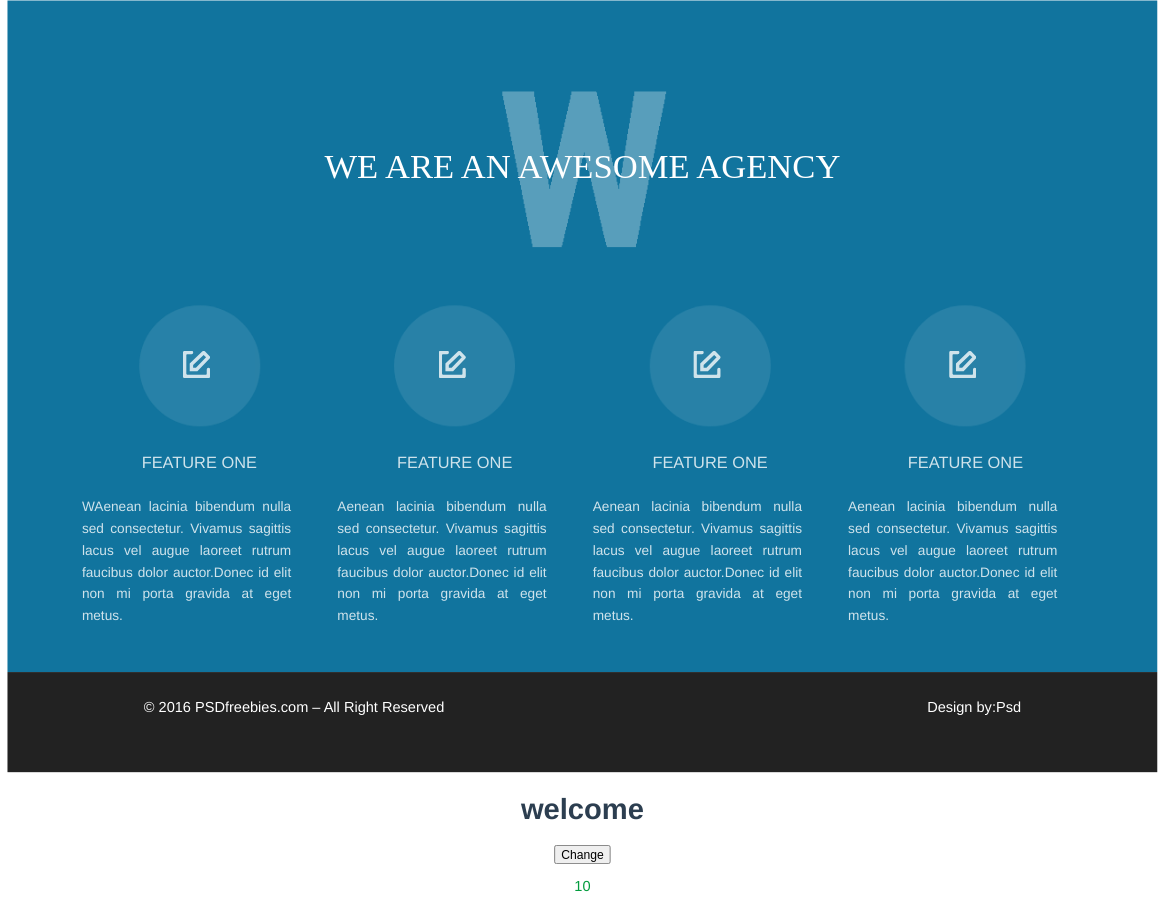
Repository: joker506/Creatives
Page: /
The author's editor kept a copy of each file at every save. The page is drawn from the files as they stood at one save, then again after the next save.
The browser window is 1280 px wide. The pictures show the part of the page from y = 839 to 1969 px (the page is 1846 px tall before and 2728 px after), at 91% of full size.
Pictures or frames that could not be fetched are drawn as grey boxes. The project was rebuilt for these pictures with package versions that can differ from the ones it lists, and the page was loaded fresh each time.

Above is the page before, as saved 2020-04-05 22:51:13.

### public/index.html
<!DOCTYPE html>
<html lang="ru">

<head>
    <meta charset="utf-8">
    <meta http-equiv="X-UA-Compatible" content="IE=edge">
    <meta name="viewport" content="width=device-width,initial-scale=1.0">
    <link rel="icon" href="<%= BASE_URL %>favicon.ico">
    <title>
        <%= htmlWebpackPlugin.options.title %>
    </title>
</head>

<body>
    <noscript>
      <strong>We're sorry but <%= htmlWebpackPlugin.options.title %> doesn't work properly without JavaScript enabled. Please enable it to continue.</strong>
    </noscript>
    <div id="app"></div>
    <!-- built files will be auto injected -->
</body>

</html>

### src/App.vue
<template>
  <div id="app">
<HeaderApp />
<AdvantagesApp />
<TeamApp />
<FooterApp />

    <HelloWorld
    @clicks="clickUp($event)"
       :msg=msg
       :counter=counter />
  </div>
</template>

<script>
import HelloWorld from './components/HelloWorld.vue'
import HeaderApp from './components/HeaderApp.vue'
import AdvantagesApp from './components/AdvantagesApp.vue'
import TeamApp from './components/TeamApp.vue'
import FooterApp from './components/FooterApp.vue'

export default {
  name: 'App',
  data(){

    return{
    msg:"welcome",
    counter:10,


    }

  },
  components: {
    HelloWorld,
    AdvantagesApp,
    HeaderApp,
    TeamApp,
    FooterApp
  },
  methods:{
    clickUp(event){
      console.log("click")
      this.counter=event
    }
  }
}
</script>

<style>
#app {
  font-family: Avenir, Helvetica, Arial, sans-serif;
  -webkit-font-smoothing: antialiased;
  -moz-osx-font-smoothing: grayscale;
  text-align: center;
  color: #2c3e50;
  overflow: hidden;

}
</style>

### src/components/HelloWorld.vue
<template>
  <div class="hello">
    <h1>{{ msg }} </h1>
   <button @click="clickDown">Change</button>
   <p>{{counter}}</p>

  </div>
</template>

<script>
export default {
  name: 'HelloWorld',

  props: {
    msg: String,
    counter:Number

  },
  methods:{
    clickDown(){
      console.log("Your Click!")
      this.$emit("clicks",this.counter+1)

    }
  }
}
</script>

<style scoped>
h3 {
  margin: 40px 0 0;
}
ul {
  list-style-type: none;
  padding: 0;
}
li {
  display: inline-block;
  margin: 0 10px;
}
a {
  color: #42b983;
}
p{
  color:rgb(3, 156, 62);
}
</style>

### src/components/HeaderApp.vue
<template>

<header class="header">

<div class="header__top">
<a class="logo" href="#" >
    <img src="@/assets/Logo1.png" alt="logo">
</a>
<nav class="main-nav">
    <ul class="main-nav__items">
        <li class="item" v-for="item in items" :key="item" >
            <a href="#">{{item}}</a> </li>
    </ul>
</nav>
<div class="social">
    <ul class="social__items">
        <li class="social__item social__item--fb">
            <a class="social__link" href="#"></a></li>
        <li class="social__item social__item--insta">
            <a class="social__link" href="#"></a></li>
        <li class="social__item social__item--teleg">
            <a class="social__link" href="#"></a></li>
        <li class="social__item social__item--vk">
            <a class="social__link" href="#"></a></li>
    </ul>
</div>
</div>
<div class="header__main">
<h1 class="header__title" >Creatives</h1>
<p class="text"><a href="Power by PSDfreebies.com"> Power by PSDfreebies.com</a></p>

<span class="btn__main">
    <a @click="scrollDown" class="btn__main-link" href="#team">scroll down</a>
</span>
</div>
</header>
</template>

<script>

export default {
    name:'HeaderApp',
    data(){
        return{
            items:[
        'Home',
        'Pages',
        'Features',
        'Extensions',
        'Tutorials',
        'Contact us'
        ]
          }
          },
    methods:{
        scrollDown(){
        console.log("scroll")
        }

      },
    directives:{
        font:{
            bind(el){
            el.style.fontSize='50px'
            }
        },
        color:{
            bind(el){
                el.style.color='#ffffff'
            }
        }
    }


}
</script>

<style lang="scss">
.header{
    margin: 0;
    padding: 0;
    max-width: 1600px;
    padding-top: 20px;
    font-size: 18px;
    background-image: url("~@/assets/Layer96.jpg");
    background-repeat: no-repeat;
    background-position: 0 0;
    background-size: cover;
}

.header__top{
    padding-right: 15px;
    padding-left: 15px;
    display: flex;
    justify-content: space-between;
    height: 90px;
    border-bottom: 3px solid hsla(0, 0%, 47%, 0.5);
}
.wrapper{
    width: 1200px;
}
.logo {
    list-style: none;
    cursor: pointer;
    color: #000000 ;
    &>img{
    width:79px;
    height:75px;
    }
}

.main-nav{
margin-left: 220px;
margin-right: 40px;
//border: 1px solid greenyellow;
}
.main-nav__items{
padding: 0;
margin: 0;
display: flex;
justify-content: space-between;
width: 700px;
height: 85px;
}
.item{
    width: 100px;
    height: 83px;
    list-style: none;
    font-family: "Myriad Pro";
    font-size: 20px;
    font-weight: 400;
    color: #ffffff;
    &:hover{
        border-bottom: 6px solid #11749e;
    }
    &>a{
        display: block;
        padding-top: 30px;
        height: 50px;
        text-decoration: none;
        color: #868686;
   /*  &:hover{
        color: blue;
    } */

    }
}
.social{
width: 141px;
}
.social__items{
    margin: 0;
    padding: 0;
    display: flex;
    justify-content: space-between;
    list-style: none;
}

.social__item{
    width: 20px;
    height: 20px;
    margin-top: 30px;
    position: relative;
    &--fb{
        background-image: url("~@/assets/facebook.svg");
        &:hover{
        background-image: url("~@/assets/fb-active.svg");
        }
    }
     &--insta{
        background-image: url("~@/assets/instagram.svg");
    }
     &--teleg{
        background-image: url("~@/assets/telegram.svg");
    }
     &--vk{
        background-image: url("~@/assets/vk.svg");
    }
    &::before{
        content: '';
        position: absolute;
        width: 30px;
        height: 30px;
         background-position: 0 0;
        background-repeat: no-repeat;
}
}


.social__link{
    display: block;
    padding-top: 30px;
    height: 50px;
    color: #868686;
    text-decoration: none;
}
/*
.header__main{
    height: 766px;
} */

.header__title{
    margin: 0 auto;
    margin-top: 130px;
    font-family: Gotham;
    font-size: 153px;
    font-weight: 700;
    text-transform: uppercase;
    letter-spacing: -1.92px;
}

.text{
margin: 0 auto;
margin-top: 30px;
color: #11749e;
font-family: Gotham;
font-size: 25px;
font-weight: 500;
line-height: 51.19px;
text-transform: uppercase;
letter-spacing: 7.88px;
}
.text>a{
    text-decoration: none;
    color: bisque;
}
.btn__main{
    display: block;
    margin-top: 115px;
    padding-bottom: 115px;
    position: relative;

}
.btn__main-link{
    color:beige;
    cursor: pointer;
    font-weight: 500;
    line-height: 22px;
    text-transform: capitalize;
        &::after{
        content: '';
        display: block;
        left: 50%;
        margin: auto;
        margin-top: 15px;
        width: 65px;
        height: 65px;
        background-image: url("~@/assets/chevron.svg");
        background-repeat: no-repeat;
        background-position: 0 0;
        background-size: cover;
        }
        &:hover{
color: #11749e;
}
}



</style>

### src/components/AdvantagesApp.vue
<template >
<section class="advantages" >
    <div class="wrap">
<h2 class="advantages__title">
    We Are An Awesome Agency
</h2>
    </div>
    <div class="advantages-block">
<div class="block__first">
   <div><img src="~@/assets/Ellipse1.png" alt="ellipse"></div>
    <h3 class="block__title">Feature One</h3>
    <p class="block__text">WAenean lacinia bibendum nulla sed consectetur. Vivamus sagittis lacus vel augue laoreet rutrum faucibus dolor auctor.Donec id elit non mi porta gravida at eget metus.
</p>
</div>
<div class="block__first">
    <div><img src="~@/assets/Ellipse1.png" alt="ellipse"></div>
    <h3 class="block__title">Feature One</h3>
     <p class="block__text">Aenean lacinia bibendum nulla sed consectetur. Vivamus sagittis lacus vel augue laoreet rutrum faucibus dolor auctor.Donec id elit non mi porta gravida at eget metus.
</p>
</div>
<div class="block__first">
    <div><img src="~@/assets/Ellipse1.png" alt="ellipse"></div>
    <h3 class="block__title">Feature One</h3>
     <p class="block__text">Aenean lacinia bibendum nulla sed consectetur. Vivamus sagittis lacus vel augue laoreet rutrum faucibus dolor auctor.Donec id elit non mi porta gravida at eget metus.
</p>
</div>
<div class="block__first">
    <div><img src="~@/assets/Ellipse1.png" alt="ellipse"></div>
    <h3 class="block__title">Feature One</h3>
    <p class="block__text">Aenean lacinia bibendum nulla sed consectetur. Vivamus sagittis lacus vel augue laoreet rutrum faucibus dolor auctor.Donec id elit non mi porta gravida at eget metus.
</p>
</div>
</div>

</section>
</template>

<script>
export default {
    name:'AdvantagesApp',

}
</script>

<style lang="scss">

.advantages{
max-width: 1600px;
height: 738px;
background-color: #11749e;
}
.wrap{
    margin: 0;
}
.advantages-logo{
margin-top: 108px;
    opacity: 0.3 ;
}

.advantages__title{
    margin: 0;
padding-top: 170px;
margin-bottom: 140px;
color: #ffffff;
font-family: Gotham;
font-size: 38px;
font-weight: 500;
line-height: 25px;
text-transform: uppercase;
position: relative;
&::before{
    content: '';
    position: absolute;
    top: 100px;
    left: 43%;
    width: 180px;
    height: 180px;
    opacity: 0.3;
    background-image: url("~@/assets/W.png");
    background-size: contain;
    background-repeat: no-repeat;
    background-position: 0 0;
}
}
.advantages-block{
    width: 1100px;
    margin: 0 auto;
    display: flex;
    justify-content: space-between;
}
.block__first{
    width: 258px;

    color: #ffffff;
    opacity: 0.8;


}
.block__first>div{
    opacity: 1;
    position: relative;
      &::before{
    content: '';
    position: absolute;
    top: 50px;
    left: 111px;
    width: 30px;
    height: 30px;
    background-image: url("~@/assets/Write.svg");
    background-position: 0 0;
    background-repeat: no-repeat;
    background-size: contain;
}
    }


.block__title{
    font-size: 18px;
font-weight: 500;
line-height: 36px;
text-transform: uppercase;

}
.block__text{
    width: 230px;
text-align: justify;    ;
font-size: 15px;
font-weight: 400;
line-height: 24px;
}
</style>

### src/components/TeamApp.vue
<template>
<section class="team" id="team">
<div class="wrap">
<h2 class="team__title">Our Team</h2>
<p class="team__text">sales long tail influencer pitch release niche market.</p>
</div>

<div class="team-block">

<div v-for="staff in staffs" :key="staff.id" class="staff__first" >
    <img :src="require(+staff.img)" alt="">
    <div class="staff-wrap">
    <h3 class="staff__title">{{staff.name}}</h3>
    <span class="staff__prof">{{staff.proff}}</span>
    </div>
</div>

    </div>

    </section>
</template>

<script>
export default {
    name:'TeamApp',
    data(){
        return{
            staffs:[
                {
                    id:1,
                    name:"JOHN SNOW",
                    proff:"CEO",
                    img:'/Layer81.png'
                },
                {
                    id:2,
                    name:"LADY SANSA",
                    proff:"WebDesigner",
                    img:'/Layer82.png'
                },
                {
                    id:3,
                    name:"JOHN MMAc",
                    proff:"Pgotographer",
                    img:'/assets/Layer83.png'
                },
                {
                    id:4,
                    name:"LADY SIMPS",
                    proff:"Pgotographer",
                    img:'/assets/Layer84.png'
                }
            ]
        }
    }
}
</script>

<style lang="scss">
.team{
    margin: 0;
    padding: 0;
    max-width: 1600px;
padding-bottom: 10px;
background-color: #f3f0f0;
}
.team__title{
margin: 0;
padding: 0;
padding-top: 140px;
font-size: 38px;
font-weight: 500;
line-height: 45px;
text-transform: uppercase;
position: relative;
&::before{
    content: '';
    position: absolute;
    top: 70px;
    left: 45%;
    width: 120px;
    height: 180px;
    background-image: url('~@/assets/T.png');
    background-position: 0 0;
    background-repeat: no-repeat;
    background-size: contain;
}
}
.team__text{
    margin-top: 140px;
    color: #222222;
font-family: "Gotham - Book";
font-size: 30px;
font-weight: 400;
line-height: 37px;
}
.team-block{
    margin-top: 70px;
    width: 1200px;
    margin: 0 auto;
    display: flex;
    justify-content: space-between;

}
.staff__first {
    width: 270px;
    height: 480px;
    position: relative;
}
.staff__first>img{
    width: 270px;
    height: 470px;
}
.staff-wrap{
    position: absolute;
    top: 360px;
    left: 25px;
    width: 216px;
    height: 117px;
    background-color: #ffffff;
    &:hover{
        border: 1px solid rgb(245, 243, 243);
        box-shadow: 0px 0px 10px 5px rgb(225, 229, 233);
    }
    }
.staff__title{
    color: #11749e;
font-family: Gotham;
font-size: 20px;
font-weight: 500;
line-height: 24px;
text-transform: uppercase;
}

.staff__prof{
    font-family: Gotham;
    font-size: 15px;
    font-weight: 600;
    line-height: 24px;
}
</style>

### src/components/FooterApp.vue
<template>
<footer class="footer">
    <div class="copyright">© 2016 PSDfreebies.com – All Right Reserved</div>
    <div class="design">
        <p>Design by:Psd</p>
    </div>
</footer>
</template>

<script>
export default {
    name:'FooterApp'
}
</script>>
<style lang="scss">
.footer{
    max-width: 1600px;
    height: 110px;
    background-color: #222222;
    padding-right: 150px;
    padding-left: 150px;
    display: flex;
    justify-content: space-between;
}
.copyright,
.design{
    color: #ffffff;
    padding-top: 30px;
}
.design>p{
    margin: 0;
}
</style>

Loaded but not shown: src/main.js (common file)

After the next save:
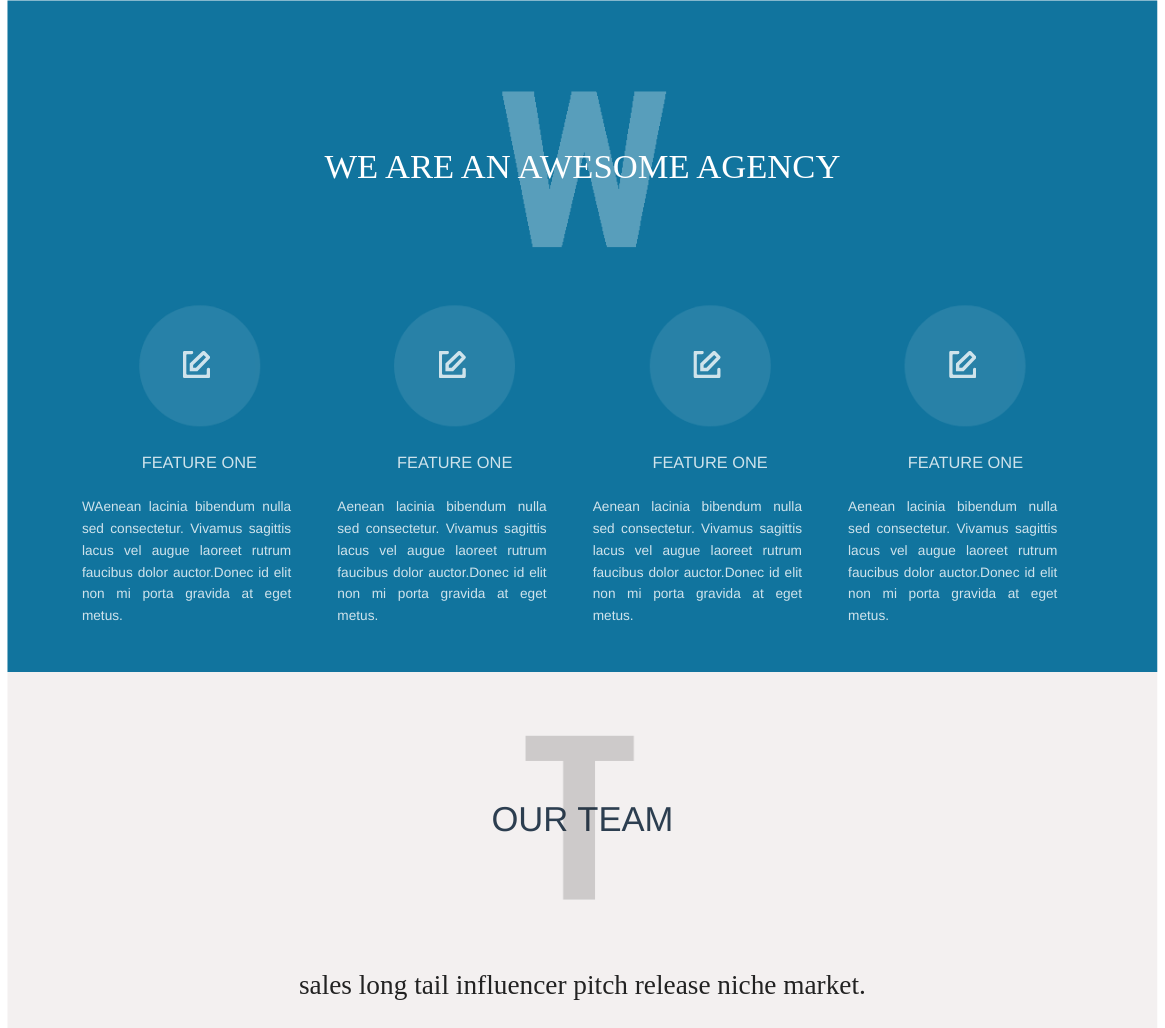
Saved 27 s later.
--- a/src/components/TeamApp.vue
+++ b/src/components/TeamApp.vue
@@ -8,7 +8,7 @@
 <div class="team-block">
 
 <div v-for="staff in staffs" :key="staff.id" class="staff__first" >
-    <img :src="require(+staff.img)" alt="">
+    <img :src="require" alt="">
     <div class="staff-wrap">
     <h3 class="staff__title">{{staff.name}}</h3>
     <span class="staff__prof">{{staff.proff}}</span>

After the save that followed:
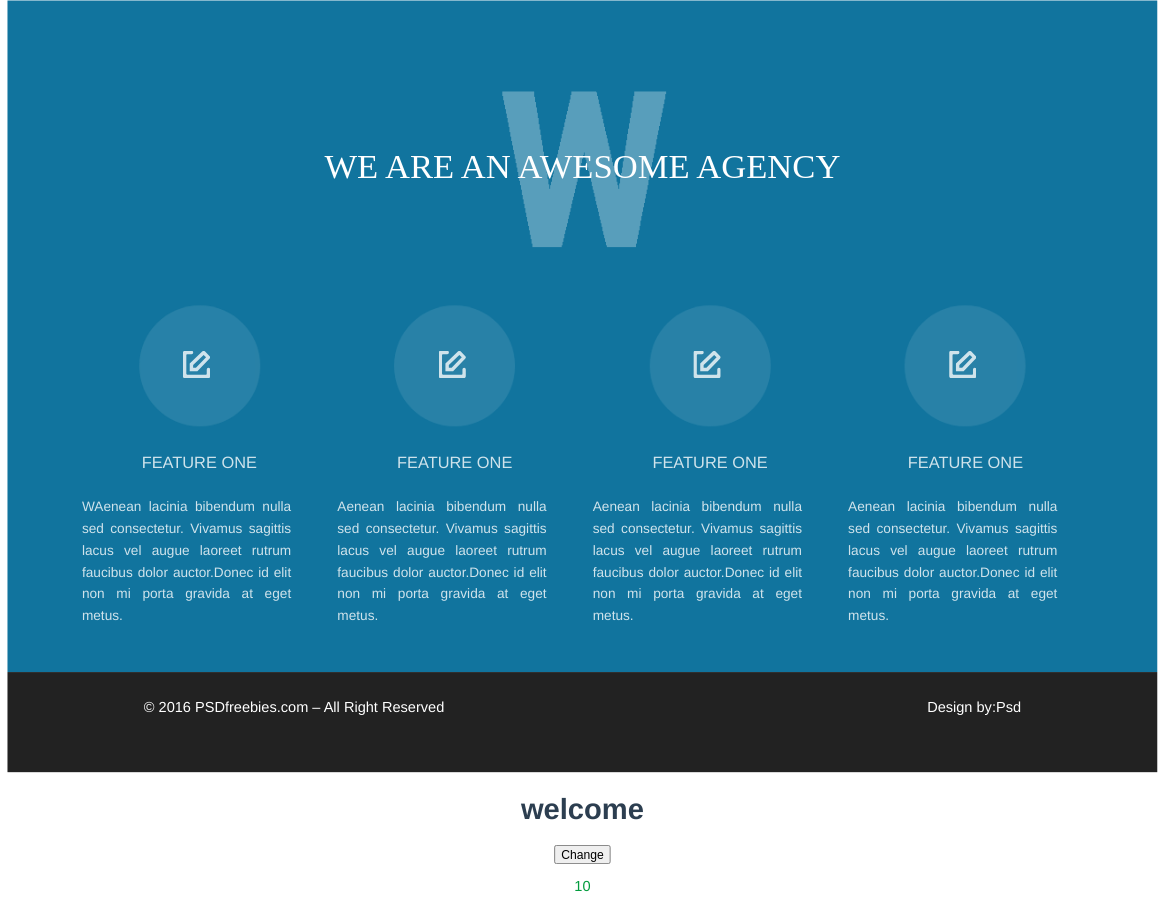
Saved 32 s later.
--- a/src/components/TeamApp.vue
+++ b/src/components/TeamApp.vue
@@ -8,7 +8,7 @@
 <div class="team-block">
 
 <div v-for="staff in staffs" :key="staff.id" class="staff__first" >
-    <img :src="require" alt="">
+    <img :src="require(staff.img)" alt="">
     <div class="staff-wrap">
     <h3 class="staff__title">{{staff.name}}</h3>
     <span class="staff__prof">{{staff.proff}}</span>
